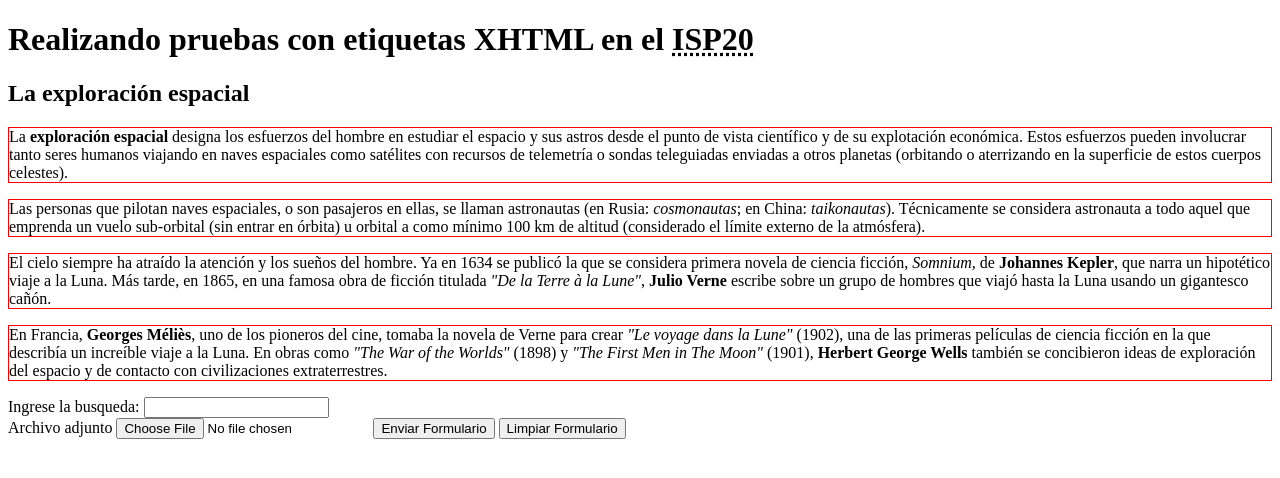
Repository: aleramirezsj/inv-aplicada-isp20
Page: pruebas_html5/pruebas_con_parrafos_y_textos.html
The author's editor kept a copy of each file at every save. The page is drawn from the files as they stood at one save, then again after the next save.
The browser window is 1280 px wide. The pictures show the whole page.

Above is the page before, as saved 2013-06-24 23:37:21.

### pruebas_html5/pruebas_con_parrafos_y_textos.html
<!DOCTYPE html PUBLIC "-//W3C//DTD XHTML 1.0 Strict//EN" "http://www.w3.org/TR/xhtml1/DTD/xhtml1-strict.dtd">
<html xmlns="http://www.w3.org/1999/xhtml" lang="es" xml:lang="es">

<head>
	<meta http-equiv="Content-Type" content="text/html; charset=UTF-8" />
	<title>La exploración espacial</title>
	<style type="text/css">
		p { border: 1px solid red }
	</style>
</head>

<body>

	<h1>Realizando pruebas con etiquetas XHTML en el <acronym title="Instituto Superior de Profesorado Nº 20">ISP20</acronym></h1>

	<h2>La exploración espacial</h2>

	<p>La <strong>exploración espacial</strong> designa los esfuerzos del hombre en estudiar el espacio y sus astros desde el punto de vista científico y de su explotación económica. Estos esfuerzos pueden involucrar tanto seres humanos viajando en naves espaciales como satélites con recursos de telemetría o sondas teleguiadas enviadas a otros planetas (orbitando o aterrizando en la superficie de estos cuerpos celestes).</p>

	<p>Las personas que pilotan naves espaciales, o son pasajeros en ellas, se llaman astronautas (en Rusia: <em>cosmonautas</em>; en China: <em>taikonautas</em>). Técnicamente se considera astronauta a todo aquel que emprenda un vuelo sub-orbital (sin entrar en órbita) u orbital a como mínimo 100 km de altitud (considerado el límite externo de la atmósfera).</p>

	<p>El cielo siempre ha atraído la atención y los sueños del hombre. Ya en 1634 se publicó la que se considera primera novela de ciencia ficción, <em>Somnium</em>, de <strong>Johannes Kepler</strong>, que narra un hipotético viaje a la Luna. Más tarde, en 1865, en una famosa obra de ficción titulada <em>"De la Terre à la Lune"</em>, <strong>Julio Verne</strong> escribe sobre un grupo de hombres que viajó hasta la Luna usando un gigantesco cañón.</p>

	<p>En Francia, <strong>Georges Méliès</strong>, uno de los pioneros del cine, tomaba la novela de Verne para crear <em>"Le voyage dans la Lune"</em> (1902), una de las primeras películas de ciencia ficción en la que describía un increíble viaje a la Luna. En obras como <em>"The War of the Worlds"</em> (1898) y <em>"The First Men in The Moon"</em> (1901), <strong>Herbert George Wells</strong> también se concibieron ideas de exploración del espacio y de contacto con civilizaciones extraterrestres.</p>

	 <form action="https://www.google.com.ar/search" method="get">
	 	<label for="busqueda">Ingrese la busqueda:</label>
	 	<input type="text" id="q" name="q" />
	 	<br />
	 	<label for="adjunto">Archivo adjunto</label>
	 	<input type="file" id="adjunto" name="adjunto" />
	 	<input type="submit" id="cmdenviar" name="cmdenviar" value="Enviar Formulario" />
	 	<input type="reset" id="cmdlimpiar" name="cmdlimpiar" value="Limpiar Formulario" />
	 </form>

</body>

</html>

After the next save:
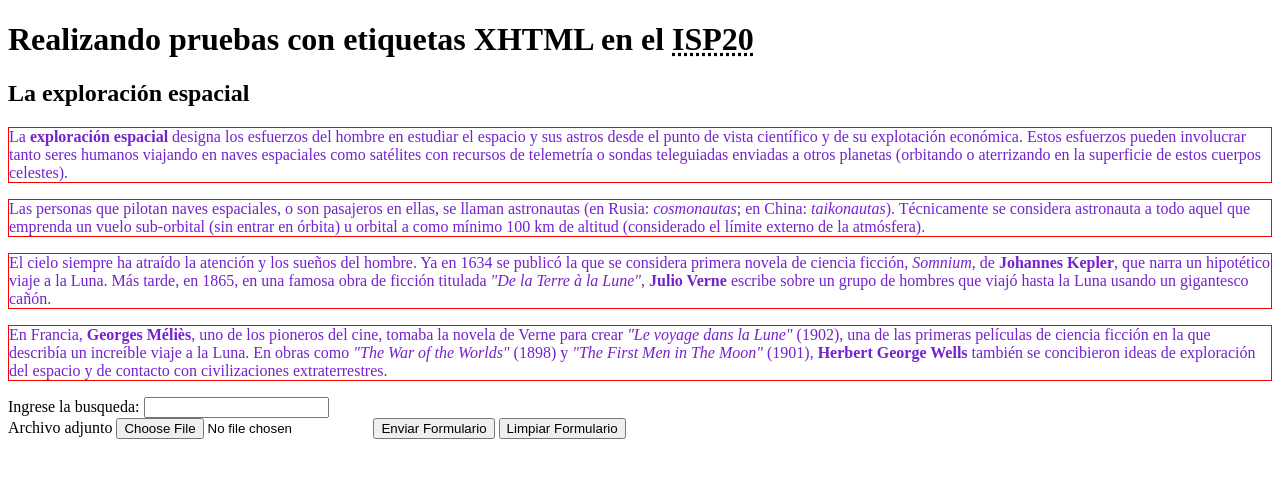
Saved 2 min 3 s later.
--- a/pruebas_html5/pruebas_con_parrafos_y_textos.html
+++ b/pruebas_html5/pruebas_con_parrafos_y_textos.html
@@ -5,7 +5,7 @@
 	<meta http-equiv="Content-Type" content="text/html; charset=UTF-8" />
 	<title>La exploración espacial</title>
 	<style type="text/css">
-		p { border: 1px solid red }
+		p { border: 1px solid red; color:#7521CF }
 	</style>
 </head>
 
